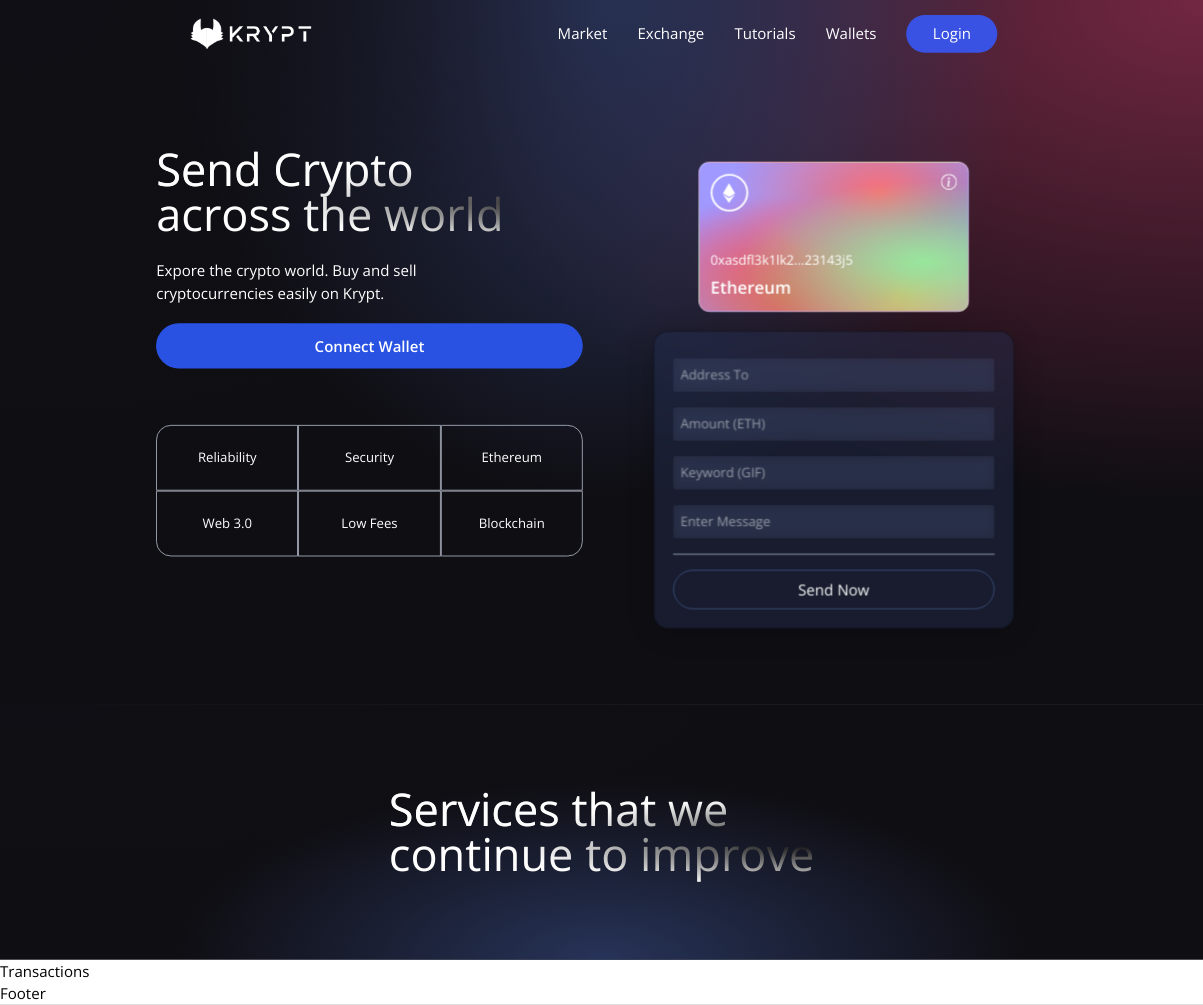
Repository: stephan-chiorean/krypt
Page: / (app in client/)
These files come from the project's save history. The page is drawn as it stood at one moment and after the next save; the edit follows.
The browser window is 1280 px wide. The pictures show the whole page, at 94% of full size.
The project was rebuilt for these pictures with package versions that can differ from the ones it lists, and the page was loaded fresh each time. Also part of the build but not shown: client/vite.config.js, client/src/components/Loader.jsx.

Above is the page before, as saved 2023-03-29 19:07:03.

### client/src/main.jsx
import React from 'react'
import ReactDOM from 'react-dom/client'
import App from './App'
import {TransactionProvider} from './context/TransactionContext';
import './index.css'

ReactDOM.createRoot(document.getElementById('root')).render(
  <TransactionProvider>
  <React.StrictMode>
    <App />
  </React.StrictMode>
  </TransactionProvider>,
)

### client/src/App.jsx
import {Navbar, Welcome, Footer, Services, Transactions} from './components';

const App = () => {

  return (
    <div className="min-h-screen">
      <div className="gradient-bg-welcome">
        <Navbar/>
        <Welcome/>
      </div>
      <Services/>
      <Transactions/>
      <Footer/>
    </div>
  )
}

export default App

### client/src/context/TransactionContext.jsx
import React, { useState, useEffect } from 'react';
import * as ethers from 'ethers';
import { contractABI, contractAddress } from '../utils/constants';

export const TransactionContext = React.createContext();

const { ethereum } = window;

const getEthereumContract = () => {
    console.log(ethers)
  const provider = new ethers.providers.Web3Provider(ethereum);
  const signer = provider.getSigner();
  const transactionContract = new ethers.Contract(
    contractAddress,
    contractABI,
    signer
  );

  return transactionContract;

//   console.log({
//     provider,
//     signer,
//     transactionContract,
//   });
};

export const TransactionProvider = ({ children }) => {
  const [connectedAccount, setConnectedAccount] = useState('');
  const [formData, setFormData] = useState({ addressTo: '', amount: 0, keyword: '', message: ''});
  const [isLoading, setIsLoading] = useState(false);
  const [transactionCount, setTransactionCount] = useState(localStorage.getItem('transactionCount'));

  const handleChange = (e, name) => {
    setFormData((prevState) => ({...prevState, [name]: e.target.value}));
  }

  const checkIfWalletIsConnected = async () => {
    try {
      if (!ethereum) return alert('Please install metamask');

      const accounts = await ethereum.request({ method: 'eth_accounts' });
      if (accounts.length) {
        setConnectedAccount(accounts[0]);
      } else {
        console.log('No accounts found');
      }
      console.log(accounts);
    } catch (err) {
      console.error(err);
      throw new Error('No ethereum object');
    }
  };

  const connectWallet = async () => {
    try {
      if (!ethereum) return alert('Please install metamask');

      const accounts = await ethereum.request({
        method: 'eth_requestAccounts',
      });

      setConnectedAccount(accounts[0]);
      console.log('CONNECTED', connectedAccount);
    } catch (err) {
      console.error(err);
      throw new Error('No ethereum object.');
    }
  };

  const sendTransaction = async() => {
    try {
        if(!ethereum) return alert("Please install metamask");
        const {addressTo, amount, keyword, message} = formData;
        const transactionContract = getEthereumContract();
        const parsedAmount = ethers.utils.parseEther(amount);

        await ethereum.request({
            method: 'eth_sendTransaction',
            params: [{
                from: connectedAccount,
                to: addressTo,
                gas: '0x5208', //21000 gwei
                value: parsedAmount._hex,
            }]
        })

        const transactionHash = await transactionContract.addToBlockchain(addressTo, parsedAmount, message, keyword);
        setIsLoading(true);
        console.log(`Loading - ${transactionHash.hash}`);
        await transactionHash.wait();
        setIsLoading(false);
        console.log(`Success - ${transactionHash.hash}`)

        const transactionCount = await transactionContract.getTransactionCount();
        setTransactionCount(transactionCount.toNumber())


    } catch(err) {
        console.error(err);
    }
  }

  useEffect(() => {
    checkIfWalletIsConnected();
  }, []);
  return (
    <TransactionContext.Provider value={{ connectWallet, connectedAccount, formData, setFormData, handleChange, sendTransaction }}>
      {children}
    </TransactionContext.Provider>
  );
};

### client/src/components/index.js
export {default as Loader} from './Loader';
export {default as Navbar} from './Navbar';
export {default as Footer} from './Footer';
export {default as Welcome} from './Welcome';
export {default as Transactions} from './Transactions';
export {default as Services} from './Services';

### client/src/utils/constants.js
import abi from './Transactions.json';

export const contractABI = abi.abi;
export const contractAddress = '0x48d319b761e733246BF575C86d399bB8EDdA6dEf';

### client/src/components/Navbar.jsx
import { HiMenuAlt4 } from 'react-icons/hi';
import { AiOutlineClose } from 'react-icons/ai';
import { useState } from 'react';

import logo from '../../images/logo.png';

const NavbarItem = ({ title, classProps }) => {
  return <li className={`mx-4 cursor-pointer ${classProps}`}>{title}</li>;
};
export default () => {
  const [toggleMenu, setToggleMenu] = useState(false);
  return (
    <nav className='w-full flex md:justify-center justify-between items-center p-4'>
      <div className='md:flex-[0.5] flex-initial justify-center items-center'>
        <img src={logo} alt='logo' className='w-32 cursor-pointer' />
      </div>
      <ul className='text-white md:flex hidden list-none flex-row justify-between items-center flex-initial'>
        {['Market', 'Exchange', 'Tutorials', 'Wallets'].map((item, index) => (
          <NavbarItem key={item + index} title={item} />
        ))}
        <li className='bg-[#3952e3] py-2 px-7 mx-4 rounded-full cursor-pointer hover:bg-[#2546bd]'>
          Login
        </li>
      </ul>
      <div className='flex relative'>
        {toggleMenu ? (
          <AiOutlineClose
            fontSize={28}
            className='text-white md:hidden cursor-pointer'
            onClick={() => setToggleMenu(false)}
          />
        ) : (
          <HiMenuAlt4
            fontSize={28}
            className='text-white md:hidden cursor-pointer'
            onClick={() => setToggleMenu(true)}
          />
        )}
        {toggleMenu && (
          <ul className="z-10 fixed top-0 -right-2 p-3 w-[70vw] h-screen shadow-2xl md:hidden list-none flex flex-col justify-start items-end rounded-md blue-glassmorphism text-white animate-slide-in">
            <li className='text-xl w-full my-2'>
              <AiOutlineClose onClick={() => setToggleMenu(false)} className="cursor-pointer"/>
            </li>
            {['Market', 'Exchange', 'Tutorials', 'Wallets'].map(
              (item, index) => (
                <NavbarItem key={item + index} title={item} classProps="my-2 text-lg"/>
              )
            )}
          </ul>
        )}
      </div>
    </nav>
  );
};

### client/src/components/Footer.jsx
import React from 'react'

export default() => {
  return (
    <div>Footer</div>
  )
}

### client/src/components/Welcome.jsx
import { AiFillPlayCircle } from 'react-icons/ai';
import { SiEthereum } from 'react-icons/si';
import { BsInfoCircle } from 'react-icons/bs';
import { TransactionContext } from '../context/TransactionContext';
import React, { useContext } from 'react';
import { Loader } from './';
const commonStyles =
  'min-h-[70px] sm:px-0 px-2 sm:min-w-[120px] flex justify-center items-center border-[0.5px] border-gray-400 text-sm font-light text-white';

const Input = ({ placeholder, name, type, value, handleChange }) => (
  <input
    placeholder={placeholder}
    type={type}
    step='0.0001'
    value={value}
    onChange={(e) => handleChange(e, name)}
    className='my-2 w-full rounded-sm p-2 outline-none text-white border-none text-sm white-glassmorphism'
  />
);
export default () => {
  const {
    connectWallet,
    connectedAccount,
    formData,
    sendTransaction,
    handleChange,
  } = useContext(TransactionContext);
  const handleSubmit = (e) => {
    const { addressTo, amount, keyword, message } = formData;
    e.preventDefault();

    if (!addressTo || !amount || !keyword || !message) return;
    sendTransaction();
  };
  return (
    <div className='flex w-full justify-center items-center'>
      <div className='flex md:flex-row flex-col itesm-start justify-between md:p-20 py-12 px-4'>
        <div className='flex flex-1 justify-start flex-col md:mr-10'>
          <h1 className='text-3xl sm:text-5xl text-white text-gradient py-1'>
            Send Crypto <br /> across the world
          </h1>
          <p className='text-left mt-5 text-white font-light md:w-9/12 w-11/12 text-base'>
            Expore the crypto world. Buy and sell cryptocurrencies easily on
            Krypt.
          </p>
          {!connectedAccount && (
            <button
              type='button'
              onClick={connectWallet}
              className='flex flex-row justify-center items-center my-5 bg-[#2952e3] p-3 rounded-full cursor-pointer hover:bg-[#2546bd]'
            >
              <p className='text-white text-base font-semibold'>
                Connect Wallet
              </p>
            </button>
          )}

          <div className='grid sm:grid-cols-3 grid-cols-2 w-full mt-10'>
            <div className={`rounded-tl-2xl ${commonStyles}`}>Reliability</div>
            <div className={commonStyles}>Security</div>
            <div className={`sm:rounded-tr-2xl ${commonStyles}`}>Ethereum</div>
            <div className={`sm:rounded-bl-2xl ${commonStyles}`}>Web 3.0</div>
            <div className={commonStyles}>Low Fees</div>
            <div className={`rounded-br-2xl ${commonStyles}`}>Blockchain</div>
          </div>
        </div>

        <div className='flex flex-col flex-1 items-center justify-start w-full md:mt-0 mt-10'>
          <div className='p-3 justify-end items-start flex-col rounded-xl h-40 sm:w-72 w-full my-5 eth-card white-glassmorphism'>
            <div className='flex justify-between flex-col w-full h-full'>
              <div className='flex justify-between items-start'>
                <div className='w-10 h-10 rounded-full border-2 border-white flex justify-center items-center'>
                  <SiEthereum fontSize={21} color='#fff' />
                </div>
                <BsInfoCircle fontSize={17} color='#fff' />
              </div>
              <div>
                <p className='text-white font-light text-sm'>
                  0xasdfl3k1lk2...23143j5
                </p>
                <p className='text-white font-semibold text-lg mt-1'>
                  Ethereum
                </p>
              </div>
            </div>
          </div>

          <div className='p-5 sm:w-96 w-full flex flex-col justify-start items-center blue-glassmorphism'>
            <Input
              placeholder='Address To'
              name='addressTo'
              type='text'
              handleChange={handleChange}
            />
            <Input
              placeholder='Amount (ETH)'
              name='amount'
              type='number'
              handleChange={handleChange}
            />
            <Input
              placeholder='Keyword (GIF)'
              name='keyword'
              type='text'
              handleChange={handleChange}
            />
            <Input
              placeholder='Enter Message'
              name='message'
              type='text'
              handleChange={handleChange}
            />
            <div className='h-[1px] w-full bg-gray-400 my-2' />
            {false ? (
              <Loader />
            ) : (
              <button
                type='submit'
                onClick={handleSubmit}
                className='text-white w-full mt-2 border-[1px] p-2 border-[#3d4f7c] rounded-full cursor-pointer'
              >
                Send Now
              </button>
            )}
          </div>
        </div>
      </div>
    </div>
  );
};

### client/src/components/Transactions.jsx
import React from 'react'

export default() => {
  return (
    <div>Transactions</div>
  )
}

### client/src/components/Services.jsx
import React from 'react'
import {BsShieldFillCheck} from 'react-icons/bs';
import {BiSearchAlt} from 'react-icons/bi';
import {RiHeart2Fill} from 'react-icons/ri';
export default() => {
  return (
    <div className="flex w-full justify-center items-center gradient-bg-services">
      <div className="flex md:flex-row flex-col items-center justify-between md:p-20 py-12 px-4">
        <div className="flex-1 flex flex-col justify-start items-start">
          <h1 className="text-white text-3xl sm:text-5xl py-2 text-gradient">
            Services that we
            <br />
            continue to improve
          </h1>

        </div>

      </div>

    </div>
  )
}

Loaded but not shown: client/index.html (common file); client/src/index.css (common file); client/tailwind.config.js (common file); client/src/utils/Transactions.json (140 lines, source omitted)

After the next save:
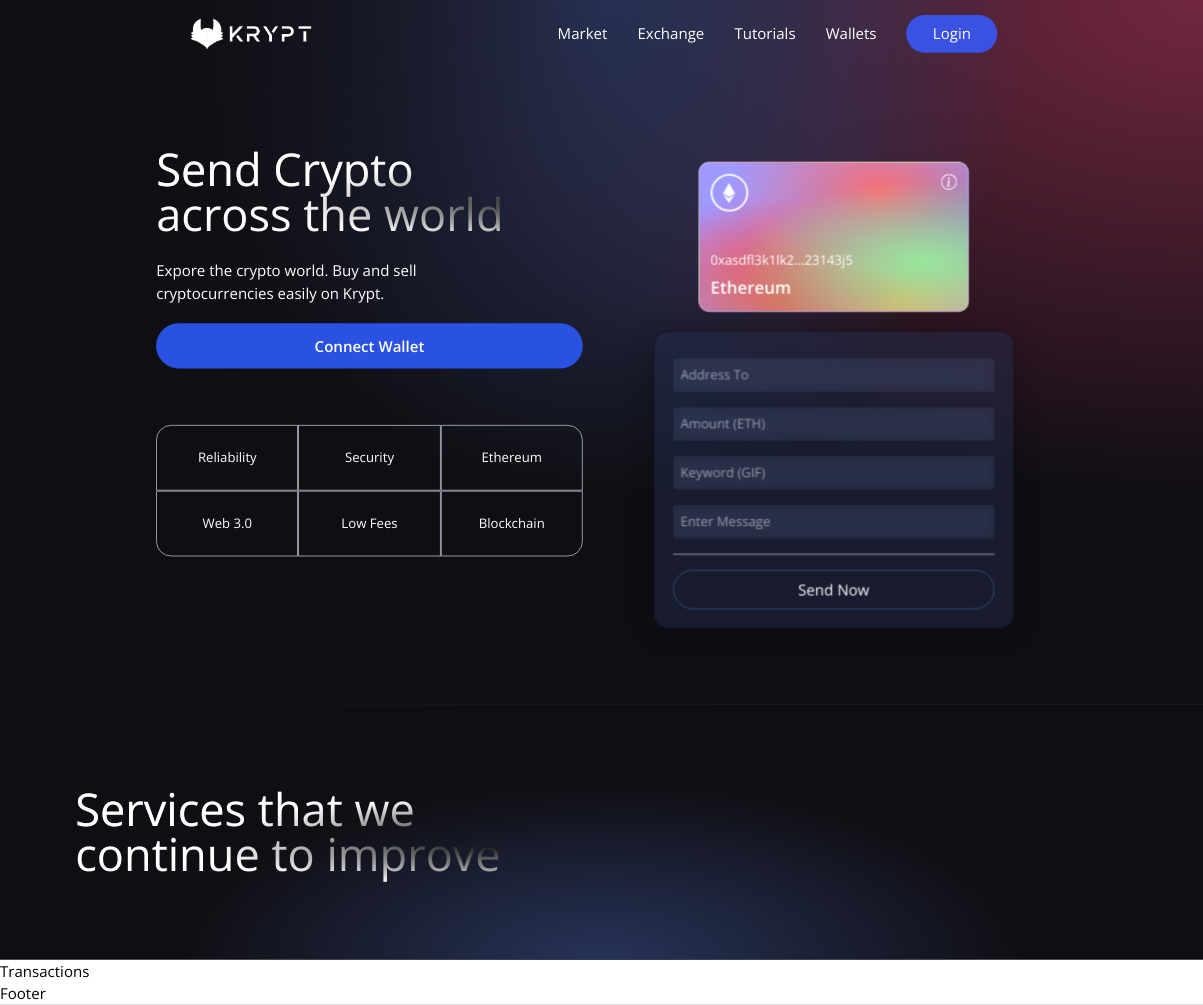
Saved 79 s later.
--- a/client/src/components/Services.jsx
+++ b/client/src/components/Services.jsx
@@ -16,6 +16,9 @@ export default() => {
         </div>
 
       </div>
+      <div className="flex-1 flex flex-col justify-start items-center">
+
+      </div>
 
     </div>
   )
